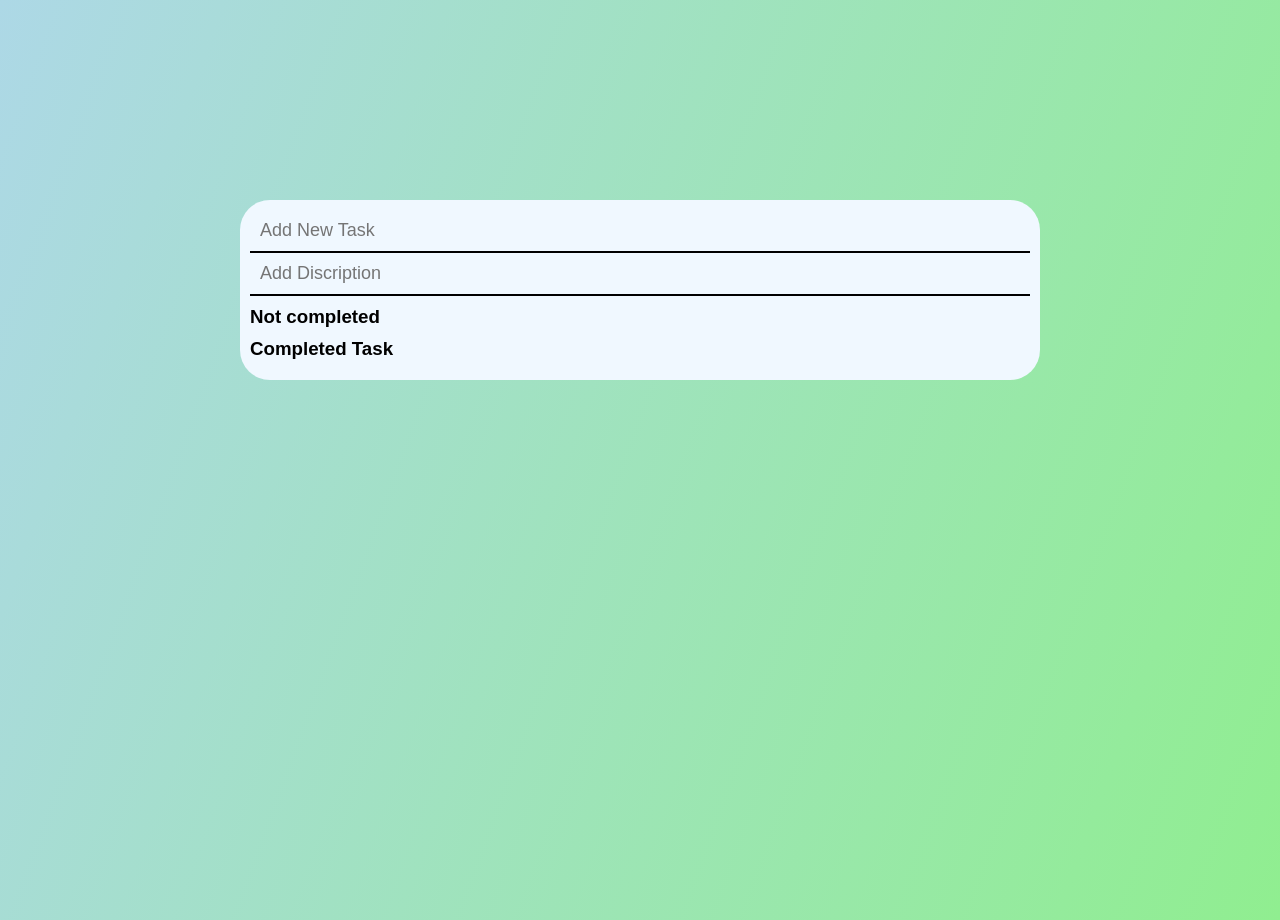
Repository: Mayur2905/OIBSIP
Page: Task-6/index.html
The author's editor kept a copy of each file at every save. The page is drawn from the files as they stood at one save, then again after the next save.
The browser window is 1280 px wide. The pictures show the whole page.

Above is the page before, as saved 2022-02-05 21:22:16.

### Task-6/index.html
<!DOCTYPE html>
<html lang="en">
<head>
    <meta charset="UTF-8">
    <meta http-equiv="X-UA-Compatible" content="IE=edge">
    <meta name="viewport" content="width=device-width, initial-scale=1.0">
    <link rel="stylesheet" href="style.css">
    <link rel="stylesheet" href="https://cdnjs.cloudflare.com/ajax/libs/font-awesome/5.15.1/css/all.css">
    <script src="https://ajax.googleapis.com/ajax/libs/jquery/3.5.1/jquery.min.js"></script>
    <title>To Do List</title>
</head>
<body>
    <div class="container">
        <input type="text" class="textb" placeholder="Add New Task">
        <input type="text" class="textb1" placeholder="Add Discription">
        <div class="notdone">
            <h3>Not completed</h3>

        </div>
        <div class="complete">
            <h3>Completed Task</h3>

        </div>
    </div>
    <script rel="text.javascript">
        $(".textb1").on("keyup",function(e){
    if(e.keyCode == 13 && $(".textb").val() != "")
    {
        var task =$("<div class='task'></div>").text($(".textb").val());
        var del =$("<i class='fas fa-trash-alt'></i>").click(function(){
            var p = $(this).parent();
            p.fadeOut(function(){
                p.remove();
            });
        });
        var tick =$("<i class='fas fa-check'></i>").click(function(){
            var p =$(this).parent();
            p.fadeOut(function(){
                $(".complete").append(p);
                p.fadeIn();
            });
            $(this).remove();
        });
        task.append(del,tick);
        $(".notdone").append(task);
        $(".texttb").val("");
    }
});
    </script>
</body>
</html>

### Task-6/style.css
* {
  margin: 0;
  padding: 0;
  font-family: "montserrat", Arial, Helvetica, sans-serif;
  box-sizing: border-box;
}
body {
  background-image: linear-gradient(110deg, lightblue, lightgreen);
  min-height: 100vh;
}

.container {
  max-width: 800px;
  margin: auto;
  padding: 10px;
  margin-top: 200px;
  background-color: aliceblue;
  border-radius: 30px;
}
.textb {
  width: 100%;
  border: none;
  border-bottom: 2px solid #000;
  background: none;
  padding: 10px;
  outline: none;
  font-size: 18px;
}
.textb1 {
  width: 100%;
  border: none;
  border-bottom: 2px solid #000;
  background: none;
  padding: 10px;
  outline: none;
  font-size: 18px;
}
a {
  align-items: center;
  flex: 1;
}
p {
  flex: 1;
}
h3 {
  margin: 10px 0;
}
.task {
  width: 100%;
  background: rgba(255, 255, 255, 0.5);
  padding: 8px;
  margin: 8px 0;
  overflow: hidden;
  display: flex;
}
.task i {
  float: right;
  margin-left: 20px;
  cursor: pointer;
}
.complete .task {
  background: rgba(0, 0, 0, 0.5);
  color: #ffff;
}

After the next save:
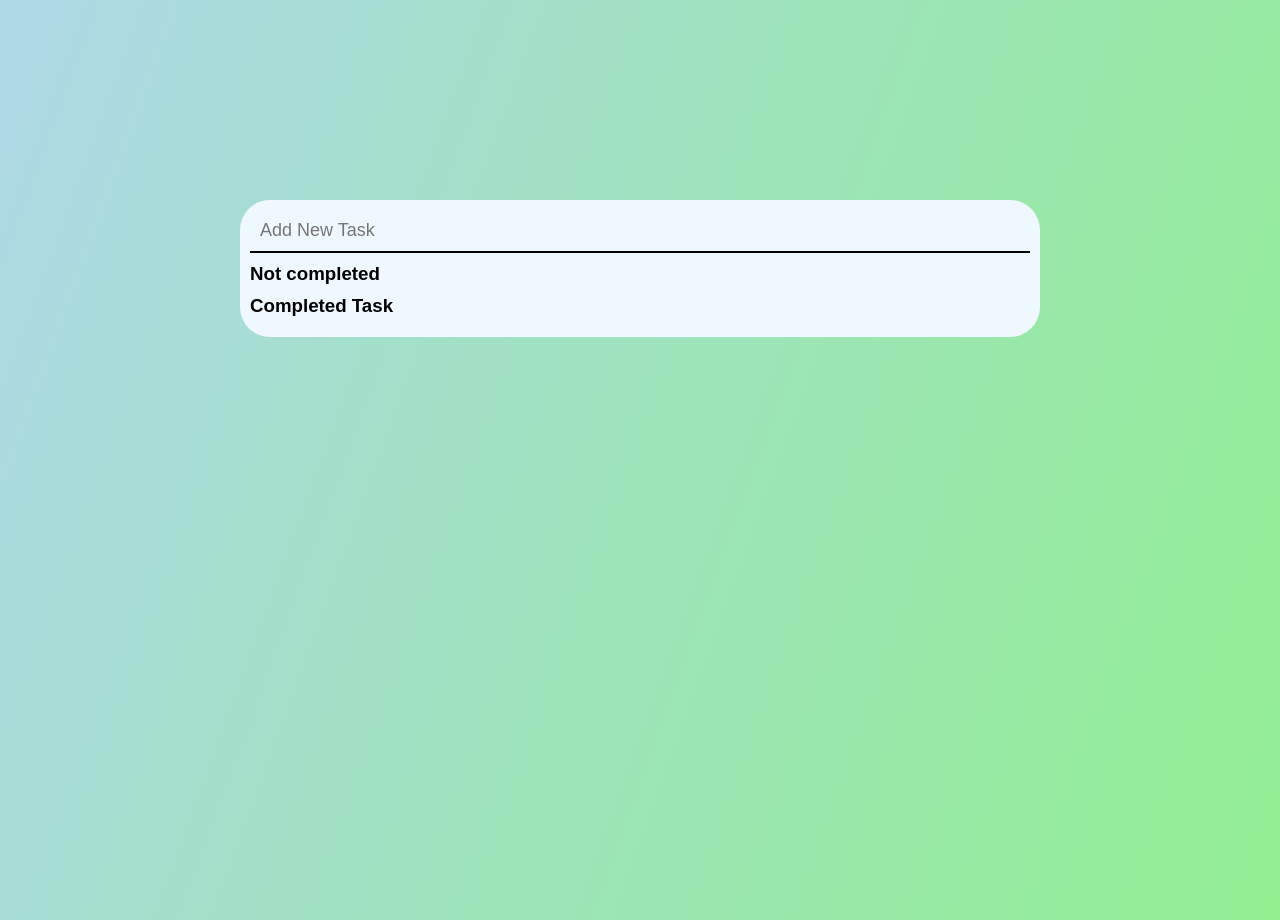
Saved 2 min 43 s later.
--- a/Task-6/index.html
+++ b/Task-6/index.html
@@ -12,7 +12,6 @@
 <body>
     <div class="container">
         <input type="text" class="textb" placeholder="Add New Task">
-        <input type="text" class="textb1" placeholder="Add Discription">
         <div class="notdone">
             <h3>Not completed</h3>
 
